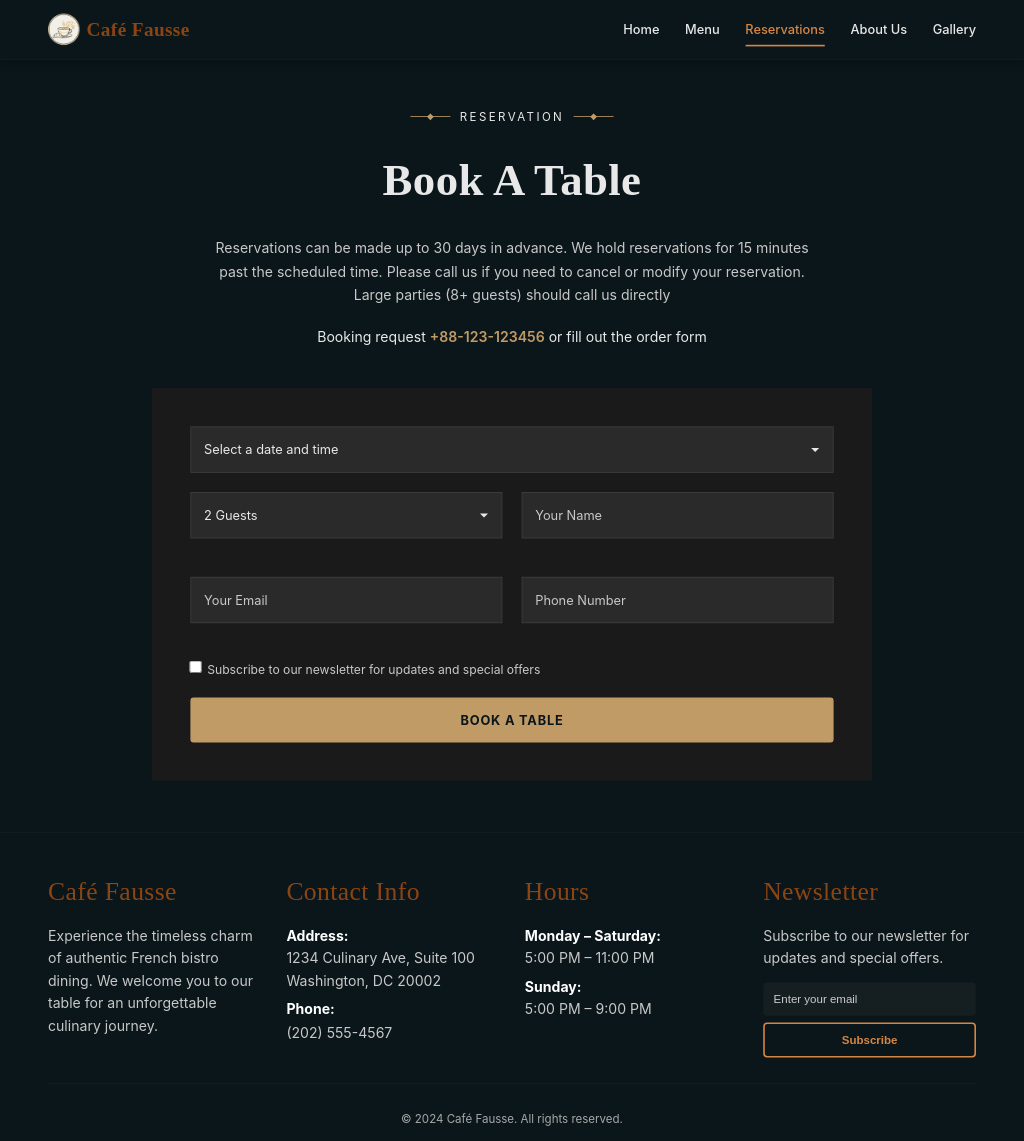
Repository: MatVanDenArt/MSSE-Cafe-Fausse
Page: /reservations (app in frontend/)
An editor plug-in stored every save of this project. The page is shown before and after the next save, followed by the edit.
The browser window is 1280 px wide. The pictures show the whole page, at 80% of full size.
The project was rebuilt for these pictures with package versions that can differ from the ones it lists, and the page was loaded fresh each time. Also part of the build but not shown: frontend/src/pages/Home.css, frontend/src/pages/Home.js, frontend/src/pages/Menu.css, frontend/src/pages/Menu.js, frontend/src/pages/About.css, frontend/src/pages/About.js, frontend/src/pages/Gallery.css, frontend/src/pages/Gallery.js.

Above is the page before, as saved 2025-11-04 15:58:54.

### frontend/src/App.js
import React from "react";
import { BrowserRouter as Router, Routes, Route } from "react-router-dom";
import "./App.css";

// Import components
import Header from "./components/Header";
import Footer from "./components/Footer";
import Home from "./pages/Home";
import Menu from "./pages/Menu";
import Reservations from "./pages/Reservations";
import About from "./pages/About";
import Gallery from "./pages/Gallery";

function App() {
  return (
    <Router>
      <div className="App">
        <Header />
        <main className="main-content">
          <Routes>
            <Route path="/" element={<Home />} />
            <Route path="/menu" element={<Menu />} />
            <Route path="/reservations" element={<Reservations />} />
            <Route path="/about" element={<About />} />
            <Route path="/gallery" element={<Gallery />} />
          </Routes>
        </main>
        <Footer />
      </div>
    </Router>
  );
}

export default App;

### frontend/src/App.css
/* Global Styles */
* {
  margin: 0;
  padding: 0;
  box-sizing: border-box;
}

@import url("https://fonts.googleapis.com/css2?family=Dancing+Script:wght@400;500;600;700&family=Cormorant+Garamond:ital,wght@0,300;0,400;0,500;0,600;0,700;1,300;1,400;1,500;1,600&family=Inter:wght@300;400;500;600&family=Source+Sans+Pro:ital,wght@0,300;0,400;0,600;1,300;1,400&display=swap");

body {
  font-family: "Inter", "Source Sans Pro", "Helvetica Neue", "Arial", sans-serif;
  line-height: 1.6;
  color: #e8e8e8;
  background-color: #0b161a;
  font-weight: 400;
  padding-top: 70px; /* Account for fixed header */
}

/* Remove padding-top for home page since hero handles spacing */
.home {
  padding-top: 0;
}

.App {
  min-height: 100vh;
  display: flex;
  flex-direction: column;
}

.main-content {
  flex: 1;
}

/* Typography */
h1,
h2,
h3,
h4,
h5,
h6 {
  font-family: "Cormorant Garamond", "EB Garamond", "Georgia", "Times New Roman",
    serif;
  font-weight: 500;
  margin-bottom: 1rem;
  letter-spacing: 0.5px;
}

h1 {
  font-size: 2.5rem;
  color: #8b4513;
  font-family: "Dancing Script", "Cormorant Garamond", serif;
  font-weight: 600;
}

h2 {
  font-size: 2rem;
  color: #8b4513;
  font-family: "Dancing Script", "Cormorant Garamond", serif;
  font-weight: 600;
}

h3 {
  font-size: 2rem;
  color: #8b4513;
  font-family: "Dancing Script", "Cormorant Garamond", serif;
  font-weight: 500;
}

p {
  margin-bottom: 1rem;
  font-size: 1.1rem;
  font-family: "Inter", "Source Sans Pro", "Helvetica Neue", "Arial", sans-serif;
}

/* Container */
.container {
  max-width: 1200px;
  margin: 0 auto;
  padding: 0 20px;
}

/* Grid System */
.grid {
  display: grid;
  gap: 2rem;
}

.grid-2 {
  grid-template-columns: repeat(auto-fit, minmax(300px, 1fr));
}

.grid-3 {
  grid-template-columns: repeat(auto-fit, minmax(250px, 1fr));
}

.grid-4 {
  grid-template-columns: repeat(auto-fit, minmax(200px, 1fr));
}

/* Flexbox Utilities */
.flex {
  display: flex;
}

.flex-center {
  display: flex;
  justify-content: center;
  align-items: center;
}

.flex-between {
  display: flex;
  justify-content: space-between;
  align-items: center;
}

.flex-column {
  display: flex;
  flex-direction: column;
}

/* Buttons */
.btn {
  display: inline-block;
  padding: 12px 24px;
  background-color: #d58643;
  color: #0b161a;
  text-decoration: none;
  border: none;
  border-radius: 5px;
  font-size: 1rem;
  font-weight: 600;
  cursor: pointer;
  transition: all 0.3s ease;
  text-align: center;
}

.btn:hover {
  background-color: #c0763a;
  transform: translateY(-2px);
  box-shadow: 0 4px 12px rgba(213, 134, 67, 0.4);
}

.btn-secondary {
  background-color: transparent;
  color: #d58643;
  border: 2px solid #d58643;
}

.btn-secondary:hover {
  background-color: #d58643;
  color: #0b161a;
}

.btn-large {
  padding: 16px 32px;
  font-size: 1.1rem;
}

/* Forms */
.form-group {
  margin-bottom: 1.5rem;
}

.form-label {
  display: block;
  margin-bottom: 0.5rem;
  font-weight: 600;
  color: #d58643;
}

.form-input,
.form-select,
.form-textarea {
  width: 100%;
  padding: 12px;
  border: 2px solid #151f21;
  border-radius: 5px;
  font-size: 1rem;
  transition: border-color 0.3s ease;
  background-color: #151f21;
  color: #e8e8e8;
}

.form-input:focus,
.form-select:focus,
.form-textarea:focus {
  outline: none;
  border-color: #d58643;
  box-shadow: 0 0 0 3px rgba(213, 134, 67, 0.1);
}

.form-textarea {
  resize: vertical;
  min-height: 100px;
}

/* Cards */
.card {
  background: #151f21;
  border-radius: 10px;
  box-shadow: 0 4px 6px rgba(0, 0, 0, 0.3);
  overflow: hidden;
  transition: transform 0.3s ease;
  border: 1px solid #1f2a2d;
}

.card:hover {
  transform: translateY(-5px);
}

.card-body {
  padding: 1.5rem;
}

.card-title {
  font-size: 1.25rem;
  margin-bottom: 0.5rem;
  color: #8b4513;
  font-family: "Dancing Script", "Cormorant Garamond", serif;
  font-weight: 500;
}

.card-text {
  color: #c8c8c8;
  margin-bottom: 1rem;
}

/* Images */
.img-responsive {
  width: 100%;
  height: auto;
  display: block;
}

.img-rounded {
  border-radius: 10px;
}

/* Sections */
.section {
  padding: 4rem 0;
}

.section-dark {
  background-color: #0b161a;
  color: white;
}

.section-light {
  background-color: #151f21;
}

.section-title {
  text-align: center;
  margin-bottom: 3rem;
}

.section-title h2 {
  font-size: 2.5rem;
  margin-bottom: 1rem;
}

.section-title p {
  font-size: 1.2rem;
  color: #c8c8c8;
  max-width: 600px;
  margin: 0 auto;
}

/* Hero Section - Moved to Home.css */

.hero-content h1 {
  font-size: 3.5rem;
  margin-bottom: 1rem;
  color: white;
}

.hero-content p {
  font-size: 1.3rem;
  margin-bottom: 2rem;
  max-width: 600px;
}

.hero-buttons {
  display: flex;
  gap: 1rem;
  justify-content: center;
  flex-wrap: wrap;
}

/* Navigation styles are in Header.css */

/* Footer */
.footer {
  background-color: #333;
  color: white;
  padding: 3rem 0 1rem;
}

.footer-content {
  display: grid;
  grid-template-columns: repeat(auto-fit, minmax(250px, 1fr));
  gap: 2rem;
  margin-bottom: 2rem;
}

.footer-section h3 {
  color: #8b4513;
  margin-bottom: 1rem;
}

.footer-bottom {
  text-align: center;
  padding-top: 2rem;
  border-top: 1px solid #555;
  color: #ccc;
}

/* Responsive Design */
@media (max-width: 768px) {
  .container {
    padding: 0 15px;
  }

  .hero-content h1 {
    font-size: 2.5rem;
  }

  .hero-content p {
    font-size: 1.1rem;
  }

  .hero-buttons {
    flex-direction: column;
    align-items: center;
  }

  /* Navigation responsive styles are in Header.css */

  .grid-2,
  .grid-3,
  .grid-4 {
    grid-template-columns: 1fr;
  }

  h1 {
    font-size: 2rem;
  }

  h2 {
    font-size: 1.5rem;
  }
}

@media (max-width: 480px) {
  .hero-content h1 {
    font-size: 2rem;
  }

  .section {
    padding: 2rem 0;
  }

  .btn {
    padding: 10px 20px;
    font-size: 0.9rem;
  }
}

/* Utility Classes */
.text-center {
  text-align: center;
}

.text-left {
  text-align: left;
}

.text-right {
  text-align: right;
}

.mb-1 {
  margin-bottom: 0.5rem;
}
.mb-2 {
  margin-bottom: 1rem;
}
.mb-3 {
  margin-bottom: 1.5rem;
}
.mb-4 {
  margin-bottom: 2rem;
}

.mt-1 {
  margin-top: 0.5rem;
}
.mt-2 {
  margin-top: 1rem;
}
.mt-3 {
  margin-top: 1.5rem;
}
.mt-4 {
  margin-top: 2rem;
}

.p-1 {
  padding: 0.5rem;
}
.p-2 {
  padding: 1rem;
}
.p-3 {
  padding: 1.5rem;
}
.p-4 {
  padding: 2rem;
}

.hidden {
  display: none;
}

.visible {
  display: block;
}

### frontend/src/components/Header.js
import React, { useState, useEffect } from "react";
import { Link, useLocation } from "react-router-dom";
import "./Header.css";

const Header = () => {
  const [isMenuOpen, setIsMenuOpen] = useState(false);
  const location = useLocation();

  const toggleMenu = () => {
    setIsMenuOpen(!isMenuOpen);
  };

  const closeMenu = () => {
    setIsMenuOpen(false);
  };

  // Close menu when route changes
  useEffect(() => {
    closeMenu();
  }, [location]);

  // Close menu when clicking outside and prevent body scroll
  useEffect(() => {
    const handleClickOutside = (event) => {
      if (isMenuOpen && !event.target.closest(".nav")) {
        closeMenu();
      }
    };

    if (isMenuOpen) {
      document.addEventListener("click", handleClickOutside);
      document.body.style.overflow = "hidden"; // Prevent body scroll
    } else {
      document.body.style.overflow = "unset"; // Restore body scroll
    }

    return () => {
      document.removeEventListener("click", handleClickOutside);
      document.body.style.overflow = "unset"; // Cleanup
    };
  }, [isMenuOpen]);

  const isActive = (path) => {
    return location.pathname === path ? "active" : "";
  };

  return (
    <nav className="nav">
      <div className="container">
        <div className="nav-container">
          <Link to="/" className="nav-logo" onClick={closeMenu}>
            <img
              src="/images/Logo - Cafe Fausse.png"
              alt="Café Fausse Logo"
              className="nav-logo-img"
            />
            <span className="nav-logo-text">Café Fausse</span>
          </Link>

          <div className={`nav-menu ${isMenuOpen ? "nav-menu-open" : ""}`}>
            <Link
              to="/"
              className={`nav-link ${isActive("/")}`}
              onClick={closeMenu}
            >
              Home
            </Link>
            <Link
              to="/menu"
              className={`nav-link ${isActive("/menu")}`}
              onClick={closeMenu}
            >
              Menu
            </Link>
            <Link
              to="/reservations"
              className={`nav-link ${isActive("/reservations")}`}
              onClick={closeMenu}
            >
              Reservations
            </Link>
            <Link
              to="/about"
              className={`nav-link ${isActive("/about")}`}
              onClick={closeMenu}
            >
              About Us
            </Link>
            <Link
              to="/gallery"
              className={`nav-link ${isActive("/gallery")}`}
              onClick={closeMenu}
            >
              Gallery
            </Link>
          </div>

          <button
            className={`nav-toggle ${isMenuOpen ? "open" : ""}`}
            onClick={toggleMenu}
            aria-label="Toggle navigation menu"
          >
            <span className="nav-toggle-line"></span>
            <span className="nav-toggle-line"></span>
            <span className="nav-toggle-line"></span>
          </button>
        </div>
      </div>
    </nav>
  );
};

export default Header;

### frontend/src/components/Header.css
.nav {
  background-color: #0b161a;
  box-shadow: 0 2px 10px rgba(0, 0, 0, 0.3);
  position: fixed;
  top: 0;
  left: 0;
  right: 0;
  z-index: 1000;
  border-bottom: 1px solid #151f21;
}

.nav-container {
  display: flex;
  justify-content: space-between;
  align-items: center;
  padding: 1rem 0;
}

.nav-logo {
  display: flex;
  align-items: center;
  gap: 0.5rem;
  text-decoration: none;
  font-family: "Cormorant Garamond", "EB Garamond", "Georgia", "Times New Roman",
    serif;
  font-weight: 500;
  letter-spacing: 0.5px;
}

.nav-logo-img {
  height: 40px;
  width: auto;
}

.nav-logo-text {
  font-size: 1.5rem;
  font-weight: bold;
  color: #8b4513;
  font-family: "Dancing Script", "Cormorant Garamond", serif;
}

.nav-logo:hover .nav-logo-text {
  color: #d58643;
}

.nav-menu {
  display: flex;
  list-style: none;
  gap: 2rem;
  margin: 0;
  padding: 0;
}

.nav-link {
  color: #e8e8e8;
  text-decoration: none;
  font-weight: 500;
  transition: color 0.3s ease;
  padding: 0.5rem 0;
  position: relative;
}

.nav-link:hover,
.nav-link.active {
  color: #d58643;
}

.nav-link.active::after {
  content: "";
  position: absolute;
  bottom: 0;
  left: 0;
  right: 0;
  height: 2px;
  background-color: #d58643;
}

.nav-toggle {
  display: none;
  flex-direction: column;
  background: none;
  border: none;
  cursor: pointer;
  padding: 0.5rem;
}

.nav-toggle-line {
  width: 25px;
  height: 3px;
  background-color: #d58643;
  margin: 3px 0;
  transition: 0.3s;
}

/* Mobile Navigation */
@media (max-width: 768px) {
  .nav-toggle {
    display: flex;
  }

  .nav-menu {
    position: fixed;
    top: 70px;
    left: 0;
    right: 0;
    background-color: #0b161a;
    flex-direction: column;
    padding: 2rem;
    box-shadow: 0 2px 10px rgba(0, 0, 0, 0.3);
    transform: translateY(-100%);
    opacity: 0;
    visibility: hidden;
    transition: all 0.3s ease;
    z-index: 999;
    border-top: 1px solid #151f21;
  }

  .nav-menu-open {
    transform: translateY(0);
    opacity: 1;
    visibility: visible;
  }

  .nav-link {
    padding: 1rem 0;
    border-bottom: 1px solid #151f21;
    text-align: center;
    color: #e8e8e8;
  }

  .nav-link:last-child {
    border-bottom: none;
  }

  .nav-link:hover,
  .nav-link.active {
    color: #d58643;
  }

  .nav-toggle.open .nav-toggle-line:nth-child(1) {
    transform: rotate(45deg) translate(5px, 5px);
  }

  .nav-toggle.open .nav-toggle-line:nth-child(2) {
    opacity: 0;
  }

  .nav-toggle.open .nav-toggle-line:nth-child(3) {
    transform: rotate(-45deg) translate(7px, -6px);
  }
}

### frontend/src/components/Footer.css
.footer {
  background-color: #0b161a;
  color: #e8e8e8;
  padding: 3rem 0 1rem;
  margin-top: auto;
  border-top: 1px solid #151f21;
}

.footer-content {
  display: grid;
  grid-template-columns: repeat(auto-fit, minmax(250px, 1fr));
  gap: 2rem;
  margin-bottom: 2rem;
}

.footer-section h3 {
  color: #8b4513;
  margin-bottom: 1rem;
  font-size: 2rem;
  font-family: "Dancing Script", "Cormorant Garamond", "Times New Roman", serif;
  font-weight: 500;
  letter-spacing: 0.5px;
}

.footer-section p {
  margin-bottom: 0.5rem;
  line-height: 1.6;
  color: #c8c8c8;
}

.footer-section strong {
  color: white;
}

.newsletter-form {
  display: flex;
  flex-direction: column;
  gap: 0.5rem;
  margin-top: 1rem;
}

.newsletter-input {
  padding: 0.75rem;
  border: 1px solid #151f21;
  border-radius: 5px;
  background-color: #151f21;
  color: #e8e8e8;
  font-size: 0.9rem;
}

.newsletter-input::placeholder {
  color: #ccc;
}

.newsletter-input:focus {
  outline: none;
  border-color: #d58643;
}

.newsletter-btn {
  padding: 0.75rem;
  font-size: 0.9rem;
  border: 2px solid #d58643;
  background-color: transparent;
  color: #d58643;
}

.newsletter-btn:hover {
  background-color: #d58643;
  color: #0b161a;
}

.newsletter-btn:disabled {
  opacity: 0.6;
  cursor: not-allowed;
}

.newsletter-success {
  background-color: #4caf50;
  padding: 1rem;
  border-radius: 5px;
  text-align: center;
  margin-top: 1rem;
}

.newsletter-success p {
  margin: 0;
  color: white;
  font-weight: 600;
}

.footer-bottom {
  text-align: center;
  padding-top: 2rem;
  border-top: 1px solid #151f21;
  color: #a8a8a8;
}

.footer-bottom p {
  margin: 0;
  font-size: 0.9rem;
}

@media (max-width: 768px) {
  .footer {
    padding: 2rem 0 1rem;
  }

  .footer-content {
    grid-template-columns: 1fr;
    gap: 1.5rem;
  }

  .newsletter-form {
    flex-direction: column;
  }
}

### frontend/src/pages/Reservations.css
.reservations {
  padding: 4rem 0;
  min-height: 100vh;
}

.reservation-header-section {
  text-align: center;
  margin-bottom: 3rem;
  max-width: 800px;
  margin-left: auto;
  margin-right: auto;
  padding: 0 20px;
}

.reservation-subtitle {
  font-size: 0.9rem;
  letter-spacing: 3px;
  text-transform: uppercase;
  color: #e8e8e8;
  margin-bottom: 1.5rem;
  display: flex;
  align-items: center;
  justify-content: center;
  gap: 12px;
  font-family: "Inter", "Source Sans Pro", sans-serif;
  font-weight: 400;
}

.decorative-line {
  display: inline-block;
  width: 50px;
  height: 1px;
  background-color: #c19b66;
  position: relative;
}

.decorative-line::before {
  content: "";
  position: absolute;
  top: 50%;
  left: 50%;
  transform: translate(-50%, -50%) rotate(45deg);
  width: 6px;
  height: 6px;
  background-color: #c19b66;
}

.reservation-title {
  font-family: "Dancing Script", "Cormorant Garamond", serif;
  font-size: 3.5rem;
  font-weight: 600;
  color: #e8e8e8;
  margin: 0 0 1.5rem 0;
}

.reservation-description {
  font-size: 1.1rem;
  line-height: 1.7;
  color: #c8c8c8;
  margin-bottom: 1.5rem;
  font-family: "Inter", "Source Sans Pro", sans-serif;
}

.booking-contact {
  font-size: 1.1rem;
  color: #e8e8e8;
  font-family: "Inter", "Source Sans Pro", sans-serif;
}

.phone-number {
  color: #c19b66;
  font-weight: 600;
}

.reservation-form-container {
  background: #1a1a1a;
  padding: 3rem;
  border-radius: 0;
  box-shadow: none;
  border: none;
  max-width: 900px;
  margin: 0 auto;
}

.reservation-form {
  max-width: 100%;
}

.form-row {
  display: grid;
  gap: 1.5rem;
  margin-bottom: 1.5rem;
}

.form-row-two {
  grid-template-columns: repeat(2, 1fr);
}

.form-row-three {
  grid-template-columns: repeat(3, 1fr);
}

.form-group {
  margin-bottom: 1.5rem;
}

.form-group-full {
  grid-column: 1 / -1;
}

.sr-only {
  position: absolute;
  width: 1px;
  height: 1px;
  padding: 0;
  margin: -1px;
  overflow: hidden;
  clip: rect(0, 0, 0, 0);
  white-space: nowrap;
  border-width: 0;
}

.form-input,
.form-select {
  width: 100%;
  padding: 18px 16px;
  border: 1px solid rgb(255 255 255 / 10%);
  border-radius: 0;
  font-size: 1rem;
  transition: border-color 0.3s ease;
  background-color: #2a2a2a;
  color: #e8e8e8;
  font-family: "Inter", "Source Sans Pro", sans-serif;
  appearance: none;
  -webkit-appearance: none;
  -moz-appearance: none;
}

.form-select {
  background-image: url("data:[embedded picture, 161 characters]");
  background-repeat: no-repeat;
  background-position: right 16px center;
  padding-right: 40px;
}

.form-input:focus,
.form-select:focus {
  outline: none;
  border-color: #e4c590;
  background-color: #2a2a2a;
}

.form-input::placeholder {
  color: #c8c8c8;
}

.form-textarea {
  width: 100%;
  padding: 18px 16px;
  border: 1px solid #e8e8e8;
  border-radius: 0;
  font-size: 1rem;
  transition: border-color 0.3s ease;
  background-color: #2a2a2a;
  color: #e8e8e8;
  font-family: "Inter", "Source Sans Pro", sans-serif;
  resize: vertical;
  min-height: 120px;
}

.form-textarea:focus {
  outline: none;
  border-color: #e8e8e8;
  background-color: #2a2a2a;
}

.form-textarea::placeholder {
  color: #c8c8c8;
}

.checkbox-label {
  display: flex;
  align-items: flex-start;
  gap: 0.5rem;
  cursor: pointer;
  font-size: 0.95rem;
  line-height: 1.4;
}

.checkbox-input {
  margin: 0;
  transform: scale(1.2);
  accent-color: #c19b66;
}

.checkbox-text {
  color: #c8c8c8;
}

.submit-status {
  padding: 1rem;
  border-radius: 8px;
  margin-bottom: 1.5rem;
  font-weight: 500;
}

.submit-status.success {
  background-color: #d4edda;
  color: #155724;
  border: 1px solid #c3e6cb;
}

.submit-status.error {
  background-color: #f8d7da;
  color: #721c24;
  border: 1px solid #f5c6cb;
}

.reservation-submit {
  width: 100%;
  padding: 18px 32px;
  font-size: 1rem;
  font-weight: 700;
  letter-spacing: 1px;
  text-transform: uppercase;
  background-color: #c19b66;
  color: #0b161a;
  border: none;
  border-radius: 4px;
  cursor: pointer;
  transition: all 0.3s ease;
  font-family: "Inter", "Source Sans Pro", sans-serif;
}

.reservation-submit:hover:not(:disabled) {
  background-color: #b08a55;
}

.reservation-submit:disabled {
  background-color: #ccc;
  cursor: not-allowed;
  transform: none;
}

.powered-by {
  text-align: center;
  font-size: 0.9rem;
  color: #a8a8a8;
  margin-top: 1.5rem;
  font-family: "Inter", "Source Sans Pro", sans-serif;
  padding: 0;
}

.reservation-policy-section {
  margin-top: 4rem;
  max-width: 900px;
  margin-left: auto;
  margin-right: auto;
  padding: 0 20px;
}

.info-card {
  background: #151f21;
  padding: 1.5rem;
  border-radius: 10px;
  box-shadow: 0 2px 4px rgba(0, 0, 0, 0.3);
  border-left: 4px solid #8b4513;
  border: 1px solid #1f2a2d;
}

.info-card h3 {
  color: #8b4513;
  margin-bottom: 1rem;
  font-size: 1.2rem;
  font-family: "Dancing Script", "Cormorant Garamond", serif;
  font-weight: 500;
}

.info-card ul {
  list-style: none;
  padding: 0;
  margin: 0;
}

.info-card li {
  padding: 0.5rem 0;
  border-bottom: 1px solid #1f2a2d;
  position: relative;
  padding-left: 1.5rem;
  color: #c8c8c8;
}

.info-card li:last-child {
  border-bottom: none;
}

.info-card li::before {
  content: "•";
  color: #c19b66;
  font-weight: bold;
  position: absolute;
  left: 0;
}

.info-card p {
  margin-bottom: 0.5rem;
  line-height: 1.5;
  color: #c8c8c8;
}

.info-card strong {
  color: #c19b66;
}

@media (max-width: 768px) {
  .reservations {
    padding: 1rem 0;
  }

  .reservation-form-container {
    padding: 1.5rem;
  }

  .form-row-two,
  .form-row-three {
    grid-template-columns: 1fr;
  }

  .reservation-title {
    font-size: 2.5rem;
  }

  .reservation-description,
  .booking-contact {
    font-size: 1rem;
  }

  .form-group {
    margin-bottom: 1rem;
  }

  .info-card {
    padding: 1rem;
  }

  .info-card h3 {
    font-size: 1.1rem;
  }
}

@media (max-width: 480px) {
  .reservation-form-container {
    padding: 1rem;
  }

  .form-input,
  .form-select {
    padding: 10px;
    font-size: 0.9rem;
  }

  .reservation-submit {
    padding: 14px;
    font-size: 1rem;
  }

  .info-card {
    padding: 0.8rem;
  }
}

Loaded but not shown: frontend/public/index.html (common file); frontend/src/index.js (common file); frontend/src/index.css (common file); frontend/src/reportWebVitals.js (common file); frontend/src/pages/Reservations.js (274 lines, source omitted); frontend/src/components/Footer.js (111 lines, source omitted)

After the next save:
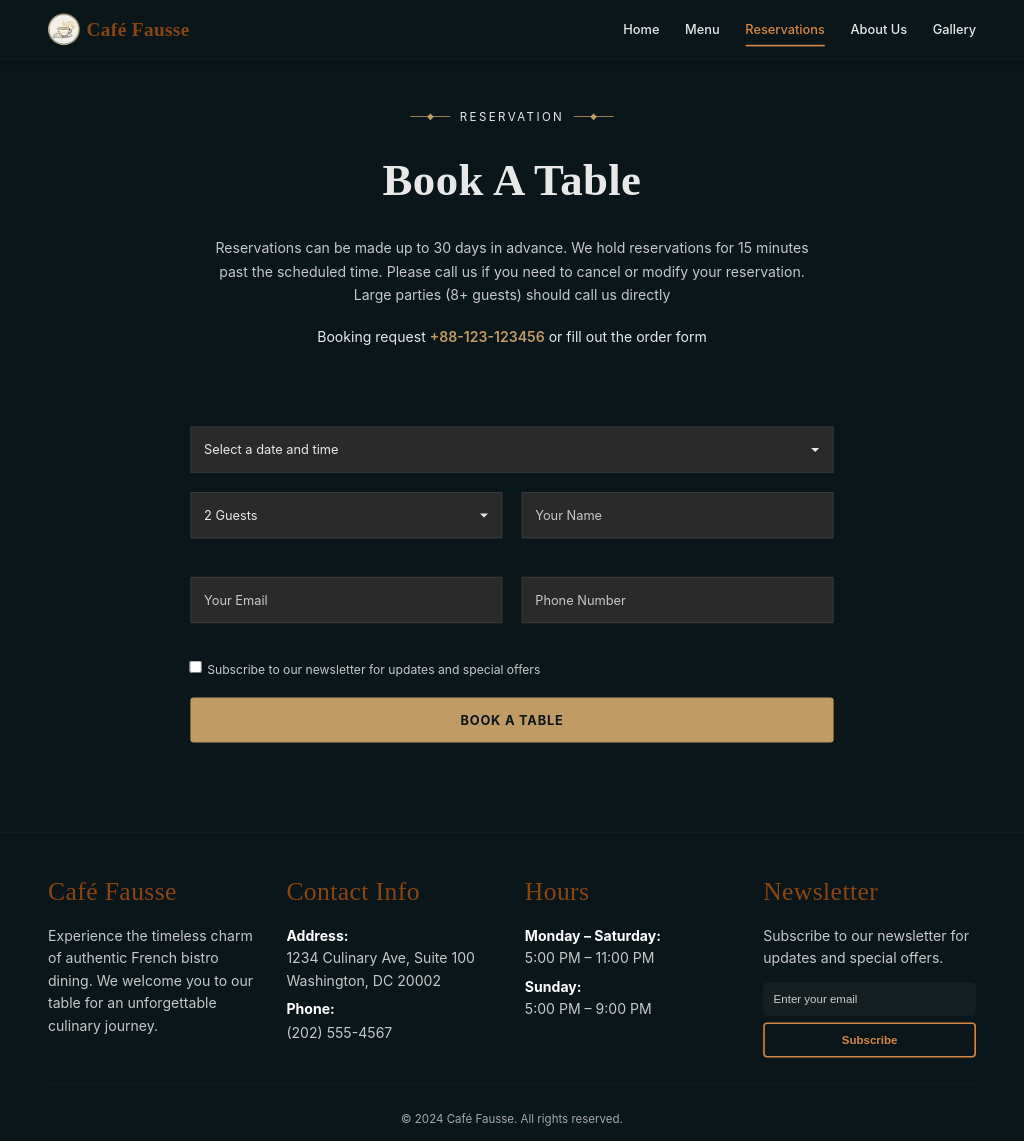
Saved 3 min 54 s later.
--- a/frontend/src/pages/Reservations.css
+++ b/frontend/src/pages/Reservations.css
@@ -73,11 +73,7 @@
 }
 
 .reservation-form-container {
-  background: #1a1a1a;
   padding: 3rem;
-  border-radius: 0;
-  box-shadow: none;
-  border: none;
   max-width: 900px;
   margin: 0 auto;
 }
